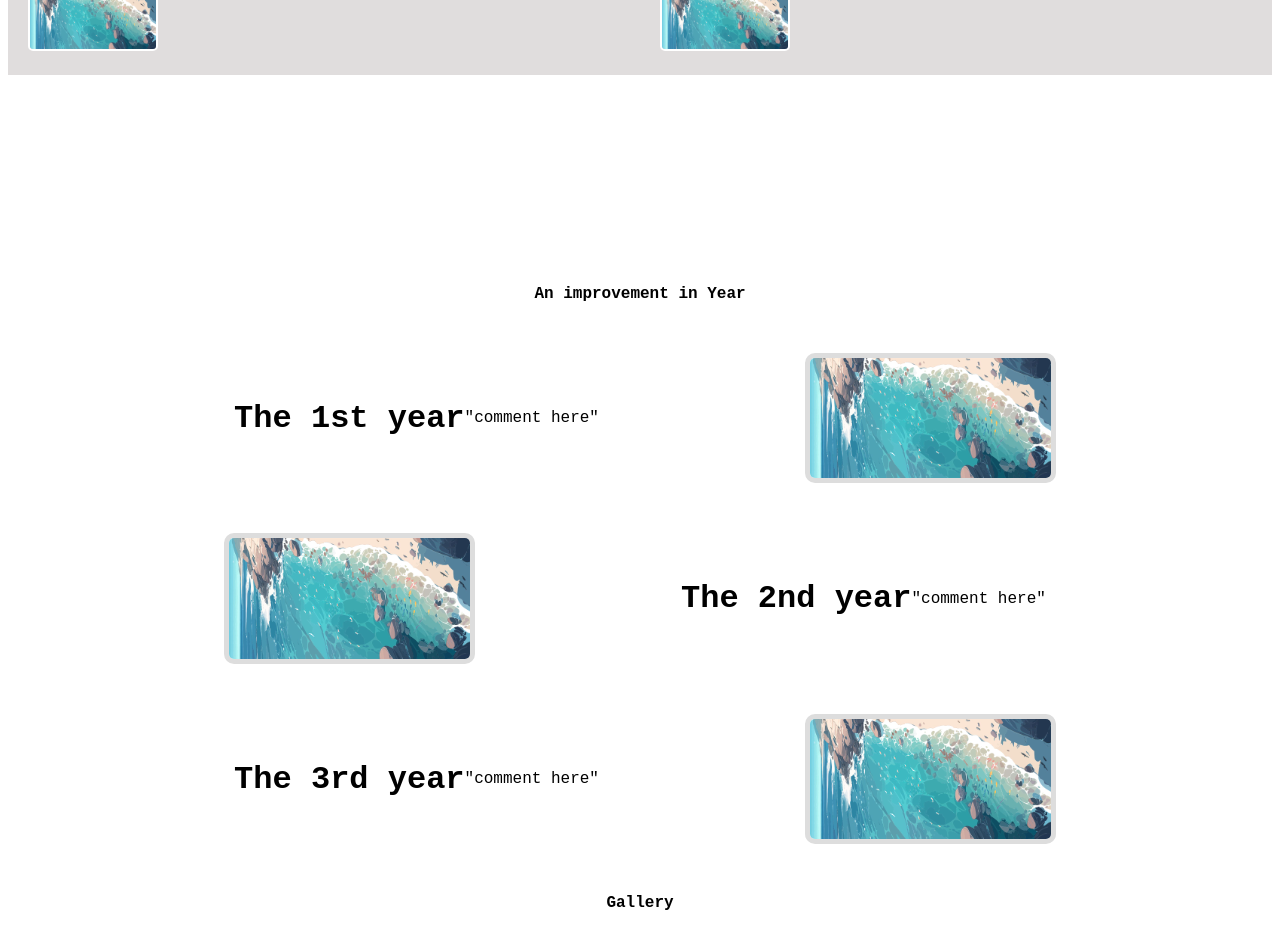
Repository: kittipichcha/Port1
Page: page2.html
The author's editor kept a copy of each file at every save. The page is drawn from the files as they stood at one save, then again after the next save.
The browser window is 1280 px wide. The pictures show the part of the page from y = 1195 to 2147 px (the page is 2127 px tall before and 2147 px after).
A picture or video elsewhere on the page could not be fetched, so the positions and the page height are approximate.

Above is the page before, as saved 2024-10-14 11:55:28.

### page2.html
<!DOCTYPE html>
<html>

<head>
    <title>Sculpting page</title>
    <link rel="stylesheet" href="style.css">
</head>

<body>
    <!-- Intro -->
    <div style = "margin: 50px;"> </div>

    <h1 class = "textTopic" style="justify-content: center;"> Sculpting </h1>
    <div class = "widget" style = "justify-content: center;">
        <h2 class = "textTopic" style="justify-content: center;"> Type :  </h2>
        <p class = "textTopic"> Character & Place </p>
    </div>

    <div class = "widget" style = "justify-content: center;">
        <h2 class = "textTopic" style="justify-content: center;"> App :  </h2>
        <p class = "textTopic"> Blender </p>
    </div>

    <hr class = "space">
    <!-- First model -->
    <div class = "widget">
        <img src = 'image.jpg' class = "icon">
        <p class = "textGeneral" style = "justify-items: center;"> The first model that I've have done </p>
    </div>

    <div class = "space"> </div>
    <!-- Rememberance -->
    <div class = "galleryContainer">
        <h1 class = "textGeneral" style = "justify-content: center;"> Rememberance </h1>
        <div class = "scrollImage">
            <div>
                <p> "comment here" </p>
                <img src = "beach.jpg">
            </div>
            <div>
                <p> "comment here" </p>
                <img src = "beach.jpg">
            </div>
        </div>
    </div>

    <!-- Improvement -->
    <div class = "space"> </div>
    <div class = "galleryContainer">
        <h1 class = "textGeneral"  style="justify-content: center;"> An improvement in Year</h1>
        <div>
            <div class = "widget">
                <div class = "textGeneral">
                    <h1> The 1st year </h1>
                    <p> "comment here" </p>
                </div>
                <img src = "beach.jpg">
            </div>
            <div class = "widget">
                <img src = "beach.jpg">
                <div class = "textGeneral">
                    <h1> The 2nd year </h1>
                    <p> "comment here" </p>
                </div>
            </div>
            <div class = "widget">
                <div class = "textGeneral" style = "vertical-align: auto;">
                    <h1> The 3rd year </h1>
                    <p> "comment here" </p>
                </div>
                <img src = "beach.jpg">
            </div>
        </div>
    </div>
    <div>
        <h1 class="textGeneral" style = "justify-content: center;"> Gallery </h1>
    </div>
</body>

</html>

### style.css
nav {
    background-color: #318b9b;
    padding: 10px;
    display: flex;
    justify-content: flex-end;
}

nav ul li {
    display: inline-block;
}

nav ul li a:hover {
    background-color: #257ab7;
}

.textButton li a {
    color: #ffffff;
    text-decoration: none;
    font-family: 'Lucida Console', monospace;
    padding: 10px;
}

.textGeneral {
    color: #000000;
    font-size: medium;
    font-family: 'Courier New', monospace;
    margin: 10px;
    padding: 10px;
    display: flex;
    justify-content: left;
}

.textTopic {
    color: #000000;
    text-decoration: none;
    font-family: 'Lucida Console', monospace;
    margin: 30px;
    margin-bottom: 50px;
    display: flex;
    justify-content: center;
}

.widget {
    display: flex;
    justify-content: space-evenly;
    margin: 30px;
}

.widget1 {
    display: flex;
    flex-direction: column;
    justify-content: space-around;
    align-content: space-around;
    margin: 30px;
}
.widget div {
    display: flex;
    justify-content: space-between;
    align-items: center;
    margin: 10px;
}


.space {
    display: flex;
    margin: 100px;
}

.space1 {
    display: flex;
    margin: 40px;
}

.icon {
    display: block;
    border: 2px solid #ddd;
    border-radius: 4px;
    width: 30%;
    align-items: center;
    justify-content: center;
}

.icon2Text {
    display: block;
    border: 2px solid #ddd;
    border-radius: 4px;
    width: 30%;
    align-items: center;
    justify-content: center;
}

.background {
    background-image: url("beach.jpg");
    background-size: cover;
}

.galleryContainer {
    justify-content: center;
}

.galleryContainer img {
    border: 5px solid #ddd;
    border-radius: 10px;
    height: auto;
    width: 20%;
    margin: 10px;
}

.scrollImage {
    background-color: #e0dddd;
    overflow: auto;
    display: flex;
    justify-content: flex-start;
    white-space: nowrap;
}

.scrollImage div img {
    border: 2px solid #ffffff;
    border-radius: 5px;
    height: auto;
    width: 20%;
    margin: 20px;
}

After the next save:
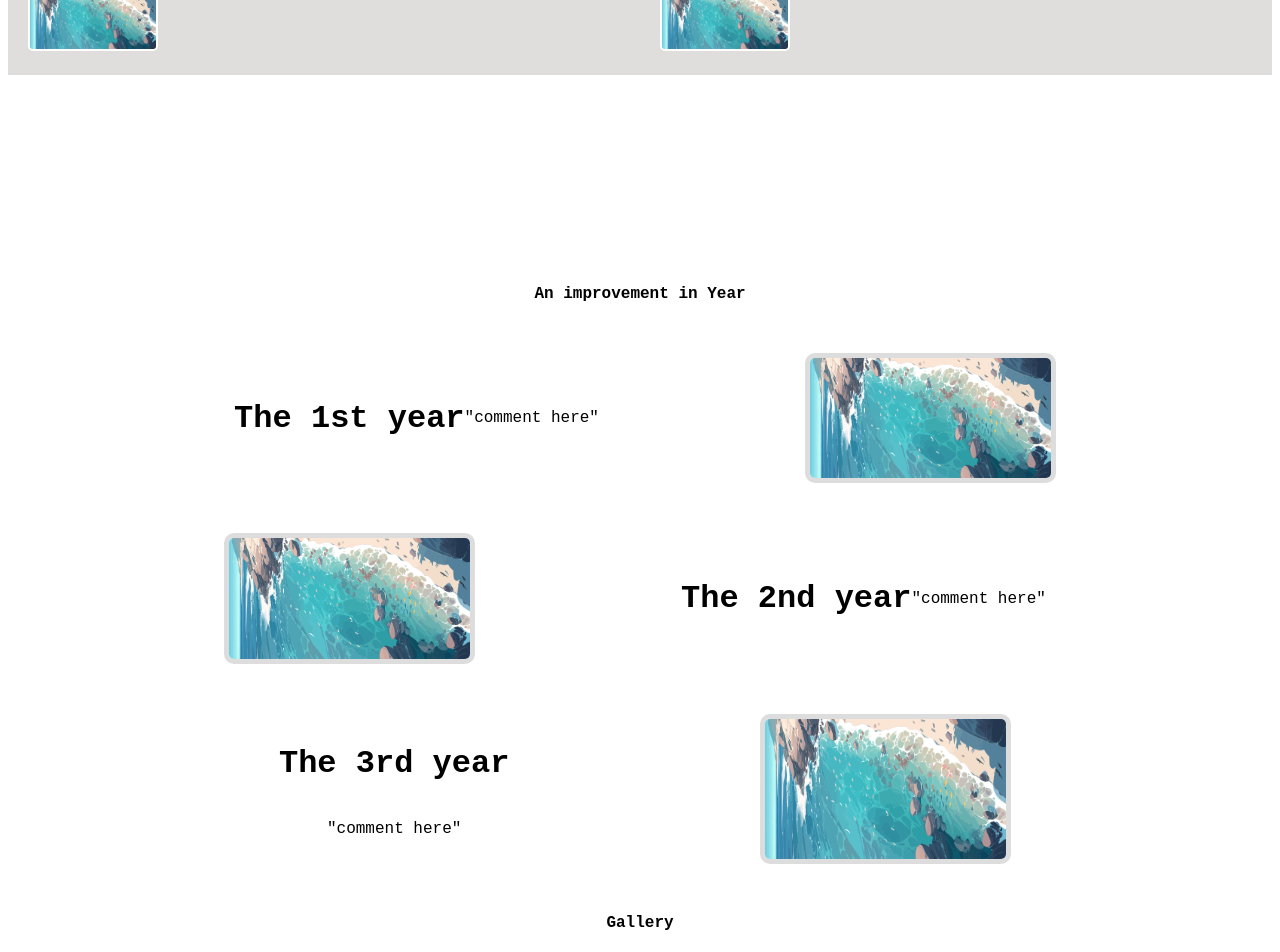
Saved 2 min 23 s later.
--- a/page2.html
+++ b/page2.html
@@ -64,7 +64,7 @@
                 </div>
             </div>
             <div class = "widget">
-                <div class = "textGeneral" style = "vertical-align: auto;">
+                <div class = "textGeneral" style = "flex-direction:column;">
                     <h1> The 3rd year </h1>
                     <p> "comment here" </p>
                 </div>
